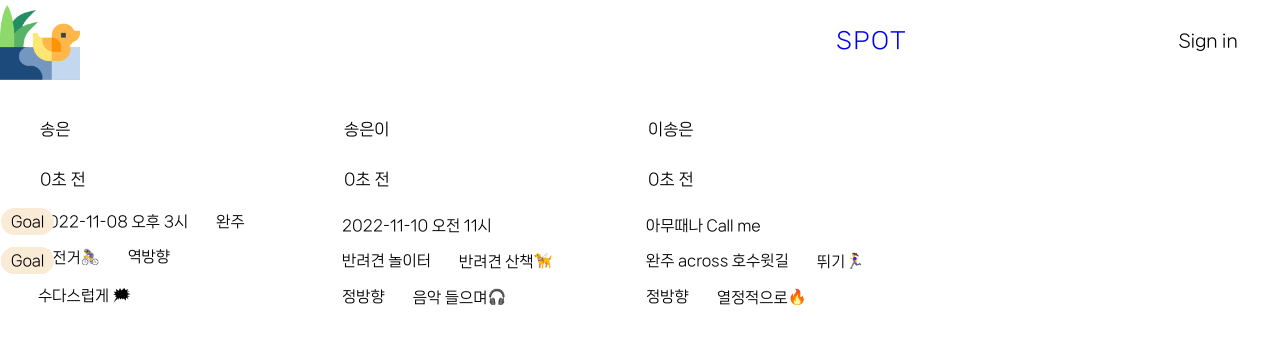
Repository: songeunleee/youngrangho
Page: /
These files come from the project's save history. The page is drawn as it stood at one moment and after the next save; the edit follows.
The browser window is 1280 px wide. The pictures show the whole page.
Some web libraries are served in a nearby version. The project was rebuilt for these pictures with package versions that can differ from the ones it lists, and the page was loaded fresh each time. Some packages were replaced by stand-ins written for this rebuild. Also part of the build but not shown: src/app.module.css, src/components/activity/activity.module.css, src/components/footer/footer.module.css, src/components/footer/footer.jsx, src/components/home/home.module.css, src/components/home/home.jsx, src/components/add_spot/add_spot.module.css, src/components/add_spot/add_spot.jsx and 6 more.

Above is the page before, as saved 2022-11-08 06:48:15.

### public/index.html
<!DOCTYPE html>
<html lang="en">
  <head>
    <meta charset="utf-8" />
    <script src="https://cdn.jsdelivr.net/npm/sweetalert2@10"></script>
    <script
      src="https://kit.fontawesome.com/7fb71a1d7b.js"
      crossorigin="anonymous"
    ></script>
    <link rel="icon" href="%PUBLIC_URL%/favicon.ico" />
    <meta name="viewport" content="width=device-width, initial-scale=1" />
    <meta name="theme-color" content="#000000" />
    <link rel="preconnect" href="https://fonts.googleapis.com" />
    <link rel="preconnect" href="https://fonts.gstatic.com" crossorigin />
    <link
      href="https://fonts.googleapis.com/css2?family=Noto+Sans+KR:wght@100;300;400&family=Noto+Serif+KR:wght@200;400&family=Varela+Round&display=swap"
      rel="stylesheet"
    />

    <meta
      name="description"
      content="Web site created using create-react-app"
    />
    <link rel="apple-touch-icon" href="%PUBLIC_URL%/logo192.png" />
    <!--
      manifest.json provides metadata used when your web app is installed on a
      user's mobile device or desktop. See https://developers.google.com/web/fundamentals/web-app-manifest/
    -->
    <link rel="manifest" href="%PUBLIC_URL%/manifest.json" />
    <!--
      Notice the use of %PUBLIC_URL% in the tags above.
      It will be replaced with the URL of the `public` folder during the build.
      Only files inside the `public` folder can be referenced from the HTML.

      Unlike "/favicon.ico" or "favicon.ico", "%PUBLIC_URL%/favicon.ico" will
      work correctly both with client-side routing and a non-root public URL.
      Learn how to configure a non-root public URL by running `npm run build`.
    -->
    <title>React App</title>
  </head>
  <body>
    <noscript>You need to enable JavaScript to run this app.</noscript>
    <div id="root"></div>
    <!--
      This HTML file is a template.
      If you open it directly in the browser, you will see an empty page.

      You can add webfonts, meta tags, or analytics to this file.
      The build step will place the bundled scripts into the <body> tag.

      To begin the development, run `npm start` or `yarn start`.
      To create a production bundle, use `npm run build` or `yarn build`.
    -->
  </body>
</html>

### src/index.js
import React from "react";
import ReactDOM from "react-dom/client";
import "./index.css";
import App from "./app";
import { firebaseApp } from "./service/firebase";
import AuthService from "./service/auth_service";
import FileUpload from "./service/file_upload";
import Repository from "./service/repositiry";

const repository = new Repository(firebaseApp);
const fileUpload = new FileUpload(firebaseApp);
const authService = new AuthService(firebaseApp);

const root = ReactDOM.createRoot(document.getElementById("root"));
root.render(
  <React.StrictMode>
    <App
      authService={authService}
      fileUpload={fileUpload}
      repository={repository}
    />
  </React.StrictMode>
);

### src/index.css
@font-face {
  font-family: "font1";
  src: url("../public/fonts/NanumSquareNeo-aLt.ttf") format("truetype");
  font-weight: normal;
}

@font-face {
  font-family: "font2";
  src: url("../public/fonts/NanumSquareNeo-bRg.ttf") format("truetype");
  font-weight: bold;
}

@font-face {
  font-family: "font3";
  src: url("../public/fonts/NanumSquareNeo-cBd.ttf") format("truetype");
  font-weight: bold;
}

@font-face {
  font-family: "font4";
  src: url("../public/fonts/NanumSquareNeo-eHv.ttf") format("truetype");
  font-weight: bold;
}
body {
  margin: 0;
  font-family: -apple-system, BlinkMacSystemFont, "Segoe UI", "Roboto", "Oxygen",
    "Ubuntu", "Cantarell", "Fira Sans", "Droid Sans", "Helvetica Neue",
    sans-serif;
  -webkit-font-smoothing: antialiased;
  -moz-osx-font-smoothing: grayscale;
  height: 100%;
}

code {
  font-family: source-code-pro, Menlo, Monaco, Consolas, "Courier New",
    monospace;
}
html {
}
#root {
  margin: 0;
  display: flex;
  flex-direction: column;
  height: 100%;
}

### src/app.jsx
import { useEffect, useState } from "react";
import { BrowserRouter, Route, Routes } from "react-router-dom";
import styles from "./app.module.css";
import Activity from "./components/activity/activity";
import Footer from "./components/footer/footer";
import Header from "./components/header/header";
import Home from "./components/home/home";
import Spot from "./components/spot/spot";

function App({ authService, fileUpload, repository }) {
  const [user, setUser] = useState(null);

  const getUser = (user) => {
    setUser(user);
  };

  useEffect(() => {
    authService.onAuthChange((user) => {
      if (user) {
        setUser(user);
      } else {
      }
    });
  }, [authService]);

  return (
    <>
      <BrowserRouter>
        <Header authService={authService} getUser={getUser} user={user} />
        <Routes>
          <Route
            path="/"
            element={<Activity authService={authService} user={user} />}
          />
          <Route
            path="/activity"
            element={<Activity authService={authService} user={user} />}
          />
          <Route
            path="/spot"
            element={
              <Spot
                authService={authService}
                user={user}
                fileUpload={fileUpload}
                repository={repository}
              />
            }
          />
        </Routes>
      </BrowserRouter>
    </>
  );
}

export default App;

### src/service/firebase.js
import { initializeApp } from "firebase/app";

const firebaseConfig = {
  apiKey: "AIzaSyA1QsOldBRNtAOG8_cfGoyHxB8PmdZT3xA",
  authDomain: "youngrangho-d9473.firebaseapp.com",
  projectId: "youngrangho-d9473",
  storageBucket: "youngrangho-d9473.appspot.com",
  messagingSenderId: "558891074778",
  appId: "1:558891074778:web:a513dfcb578ca1084111e3",
  measurementId: "G-VKW34V7D4J",
};

export const firebaseApp = initializeApp(firebaseConfig);

### src/service/auth_service.js
import {
  getAuth,
  signInWithPopup,
  GoogleAuthProvider,
  onAuthStateChanged,
} from "firebase/auth";
class AuthService {
  constructor() {
    this.auth = getAuth();
    this.provider = new GoogleAuthProvider();
  }
  signin() {
    return signInWithPopup(this.auth, this.provider);
  }

  signout() {
    const auth = getAuth();
    auth.signOut();
  }

  onAuthChange(onUserChanged) {
    const auth = getAuth();
    return onAuthStateChanged(auth, (user) => {
      onUserChanged(user);
    });
  }
}
export default AuthService;

### src/service/file_upload.js
import { getStorage, ref, uploadBytes, getDownloadURL } from "firebase/storage";

class FileUpload {
  constructor() {
    this.storage = getStorage();
  }

  async upload(file) {
    this.storageRef = ref(this.storage, `spot/${file.name}`);
    const img = await uploadBytes(this.storageRef, file);
    return getDownloadURL(ref(this.storage, img.ref.fullPath));
  }
}

export default FileUpload;

### src/service/repositiry.js
import {
  getDatabase,
  ref,
  set,
  remove,
  onValue,
  off,
  update,
} from "firebase/database";

class Repository {
  constructor() {
    this.db = getDatabase();
  }

  syncSpots(userId, onUpdate) {
    const query = ref(this.db, `spots`);
    onValue(query, (snapshot) => {
      const value = snapshot.val();
      value && onUpdate(value);
    });
    return () => off(query);
  }

  saveSpot(userId, spot) {
    set(ref(this.db, `spots/${spot.id}`), spot);
  }
  removeSpot(userId, spot) {
    const spotRef = ref(this.db, `spots/${spot.id}`);
    remove(spotRef);
  }
}
export default Repository;

### src/components/activity/activity.jsx
import { set } from "firebase/database";
import React from "react";
import { useState } from "react";
import { useEffect } from "react";
import { useLocation } from "react-router-dom";
import ActivityList from "../activity_list/activity_list";
import Header from "../header/header";
import styles from "./activity.module.css";

const Activity = ({ authService, user }) => {
  const [cards, setCards] = useState({
    1: {
      id: 1,
      author: "송은",
      createTime: Date.now(),
      appointment: "2022-11-08 오후 3시",
      mean: "자전거🚴‍♀️",
      course: "역방향",
      goal: "완주",
      mode: "수다스럽게 🗯",
    },
    2: {
      id: 2,
      author: "송은이",
      createTime: Date.now(),
      appointment: "2022-11-10 오전 11시",
      mean: "반려견 산책🦮",
      course: "정방향",
      goal: "반려견 놀이터",
      mode: "음악 들으며🎧",
    },
    3: {
      id: 3,
      author: "이송은",
      createTime: Date.now(),
      appointment: "아무때나 Call me",
      mean: "뛰기🏃‍♀️",
      course: "정방향",
      goal: "완주 across 호수윗길",
      mode: "열정적으로🔥",
    },
  });

  return <ActivityList cards={cards} />;
};
export default Activity;

### src/components/header/header.jsx
import React, { useEffect } from "react";
import { useState } from "react";
import { Link, useLocation } from "react-router-dom";
import styles from "./header.module.css";

const Header = ({ authService, getUser, user }) => {
  const location = useLocation().pathname;

  const isSpot = (location) => {
    return location === "/spot" ? true : false;
  };
  console.log(isSpot(location));
  const onSignin = () => {
    authService.signin().then((data) => getUser(data.user));
  };

  const onSignout = () => {
    authService.signout();
    getUser(null);
  };

  return (
    <header className={styles.header}>
      <Link
        className={`${styles.logolink} ${
          !isSpot(location) ? styles.activity : null
        } `}
        to={"/"}
      >
        <img className={styles.logo} src="./images/duck (1).png" alt="" />
      </Link>
      <Link
        className={`${styles.link} ${
          !isSpot(location) ? styles.activity : null
        }`}
        to={"/activity"}
      >
        ACTIVITY
      </Link>
      <Link
        className={`${styles.link} ${isSpot(location) ? styles.spot : null}`}
        to={"/spot"}
      >
        SPOT
      </Link>

      {user ? (
        <div className={styles.signIn}>
          <img className={styles.img} src={user.photoURL} alt="" />
          <p className={styles.name}>{user.displayName}</p>
          <button
            className={`${styles.button} ${styles.sign}`}
            onClick={onSignout}
          >
            Sign out
          </button>
        </div>
      ) : (
        <button className={`${styles.button}`} onClick={onSignin}>
          Sign in
        </button>
      )}
    </header>
  );
};

export default Header;

### src/components/activity_list/activity_list.jsx
import React from "react";
import ActivityItem from "../activity_item/activity_item";
import styles from "./activity_list.module.css";

const ActivityList = ({ cards, user }) => {
  return (
    <section className={styles.list}>
      {Object.keys(cards).map((key) => (
        <ActivityItem key={key} card={cards[key]} user={user} />
      ))}
    </section>
  );
};

export default ActivityList;

### src/components/header/header.module.css
@value mainBlue, mainLightBlue,sideBlue, textWhite from '../../common/colors.css';
@value mediaQuery from '../../common/size.css';

.header {
  display: flex;
  height: 5rem;
  align-items: center;
  position: relative;
}
.logolink {
  height: 100%;
}

.logolink.activity {
  background-color: white;
}
.logo {
  height: 100%;

  transition: all 150ms ease-in;
}

.logo:hover {
  background-color: mainBlue;
}
.link {
  height: 100%;
  display: flex;
  justify-content: center;
  align-items: center;
  flex: 0.8;
  text-decoration: none;
  color: mainBlue;
  font-size: 1.4rem;
  font-family: "font2";
  letter-spacing: 2px;
  font-weight: 500;
  text-align: center;
  transition: letter-spacing 150ms ease-in;
}

.link.spot {
  background-color: mainBlue;
  color: white;
}

.link.activity {
  background-color: mainBlue;
  color: white;
}

.signIn {
  flex: 0.4;
  display: flex;
  justify-content: center;
  align-items: center;
  padding-left: 0.5rem;
  padding-right: 0.5rem;
}

.img {
  border-radius: 50%;
  width: 50px;
  height: 50px;
}

.name {
  padding-left: 1rem;
  padding-right: 1rem;
  font-family: "font3";
  color: sideBlue;
}

.button.sign {
  flex: 0.6;
  width: 100%;
}

.button {
  font-size: 1.1rem;
  font-weight: 500;
  font-family: "font2";
  flex: 0.2;
  background: none;
  cursor: pointer;
  border: none;
  color: mainBlue;
  transition: letter-spacing 250ms ease-in;
}

.link:hover {
  letter-spacing: 0;
}

.button:hover {
  letter-spacing: 1px;
}

@media screen and (max-width: mediaQuery) {
  .name {
    display: none;
  }
  .img {
    display: none;
  }
  .logolink {
    display: none;
  }
}

### src/components/activity_item/activity_item.jsx
import React from "react";
import styles from "./activity_item.module.css";

const ActivityItem = ({ card }) => {
  const { id, author, createTime, appointment, mean, course, goal, mode } =
    card;

  const publishedAt = (publishedAt) => {
    const now = new Date();
    const time = new Date(publishedAt);

    const t = (now - time) / 1000;

    if (t < 60) return Math.floor(t) + "초 전";
    const tm = t / 60;
    if (tm < 60) return Math.floor(tm) + "분 전";
    const th = tm / 60;
    if (th < 24) return Math.floor(th) + "시간 전";
    const td = th / 24;
    if (td < 8) return Math.floor(td) + "일 전";
    const tw = td / 7;
    if (tw < 5) return Math.floor(tw) + "주 전";
    const tmon = td / 30;
    if (tw < 30) return Math.floor(tmon) + "달 전";
    const ty = td / 365;
    return Math.floor(ty) + "년 전";
  };

  return (
    <section className={styles.card}>
      <div className={styles.info}>
        <p className={styles.author}>{author}</p>
        <p className={styles.createTime}>{publishedAt(Date(createTime))}</p>
      </div>
      <div className={styles.contentBox}>
        <div className={styles.content}>
          {appointment && (
            <div className={`${styles.chip} ${styles.appointment}`}>
              {appointment}
              <i
                className={`fa-solid fa-circle-xmark ${styles.chipDelete}`}
              ></i>
            </div>
          )}

          {goal && (
            <div className={`${styles.chip} ${styles.goal}`}>
              <div className={styles.G}>Goal</div>
              {goal}
              <i
                className={`fa-solid fa-circle-xmark ${styles.chipDelete}`}
              ></i>
            </div>
          )}
          {mean && (
            <div className={`${styles.chip} ${styles.mean}`}>
              {mean}
              <i
                className={`fa-solid fa-circle-xmark ${styles.chipDelete}`}
              ></i>
            </div>
          )}
          {course && (
            <div className={`${styles.chip} ${styles.course}`}>
              {course}
              <i
                className={`fa-solid fa-circle-xmark ${styles.chipDelete}`}
              ></i>
            </div>
          )}
          {mode && (
            <div className={`${styles.chip} ${styles.mode}`}>
              {mode}
              <i
                className={`fa-solid fa-circle-xmark ${styles.chipDelete}`}
              ></i>
            </div>
          )}
        </div>
      </div>
    </section>
  );
};

export default ActivityItem;

### src/components/activity_list/activity_list.module.css
.list {
  display: flex;
  flex-wrap: wrap;
  margin-top: 0.5rem;
}

### src/components/activity_item/activity_item.module.css
@value mainBlue,mainLightBlue,sideBlue,textWhite from '../../common/colors.css';

* {
  font-family: font2;
}

.card {
  display: flex;
  flex-direction: column;
  border: 1px mainLightBlue solid;
  margin: 0.5rem 1rem;
  padding: 0.5rem 0.5rem;
  width: 20%;
  height: auto;
  border-radius: 18px;
}
.info {
}
.author {
  margin: 0;
  padding: 1rem;
}
.createTime {
  margin: 0.5rem;
  padding: 0.5rem;
  border-bottom: 1px dashed mainBlue;
}

.contentBox {
  display: flex;
  flex: 1;
  align-items: center;
}
.content {
  display: flex;
  flex-wrap: wrap;
}
.chip {
  height: max-content;
  font-size: 15px;
  flex-wrap: nowrap;
  background-color: mainLightBlue;
  width: fit-content;
  border-radius: 18px;
  padding: 5px 10px;
  margin: 0.25rem 0.25rem;
  display: flex;
  align-items: center;
  cursor: pointer;
  transition: transform 200ms ease-in;
}

.chip.appointment {
  background-color: mainBlue;
}

/* .chip.goal::before {
  content: "goal ";
  background-color: antiquewhite;
  border-radius: 18px;
} */

.G {
  background-color: antiquewhite;
  border-radius: 18px;
  padding: 5px 10px;
  left: 1px;
  position: absolute;
}

.chip:hover {
  transform: ;
}
.chipDelete {
  display: none;
  color: rgb(255, 255, 255);
  margin-left: 0.3rem;
  opacity: 0.9;
  border: none;
}

After the next save:
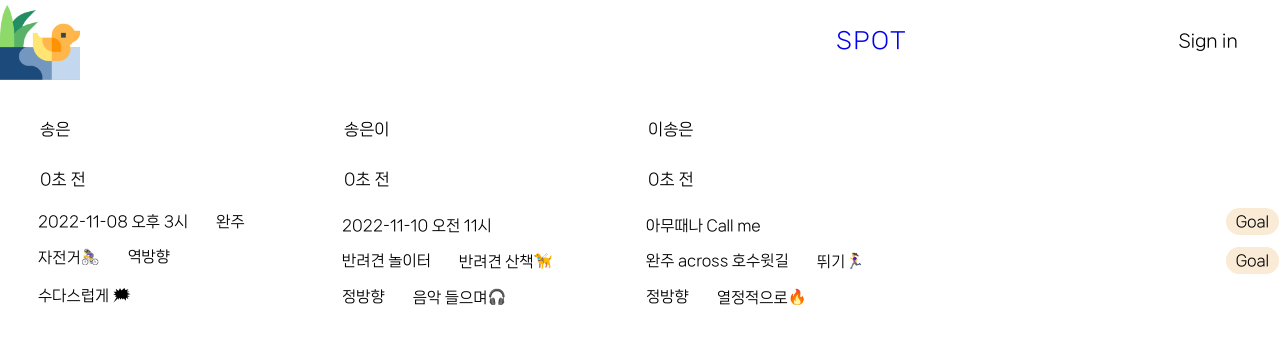
Saved 7 s later.
--- a/src/components/activity_item/activity_item.module.css
+++ b/src/components/activity_item/activity_item.module.css
@@ -64,7 +64,7 @@
   background-color: antiquewhite;
   border-radius: 18px;
   padding: 5px 10px;
-  left: 1px;
+  right: 1px;
   position: absolute;
 }
 

After the save that followed:
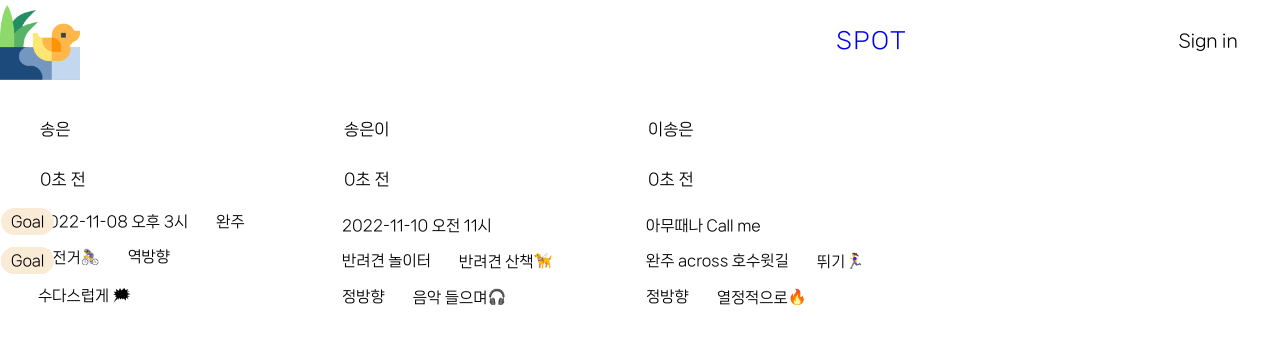
Saved 6 s later.
--- a/src/components/activity_item/activity_item.module.css
+++ b/src/components/activity_item/activity_item.module.css
@@ -64,7 +64,7 @@
   background-color: antiquewhite;
   border-radius: 18px;
   padding: 5px 10px;
-  right: 1px;
+  left: 1px;
   position: absolute;
 }
 
